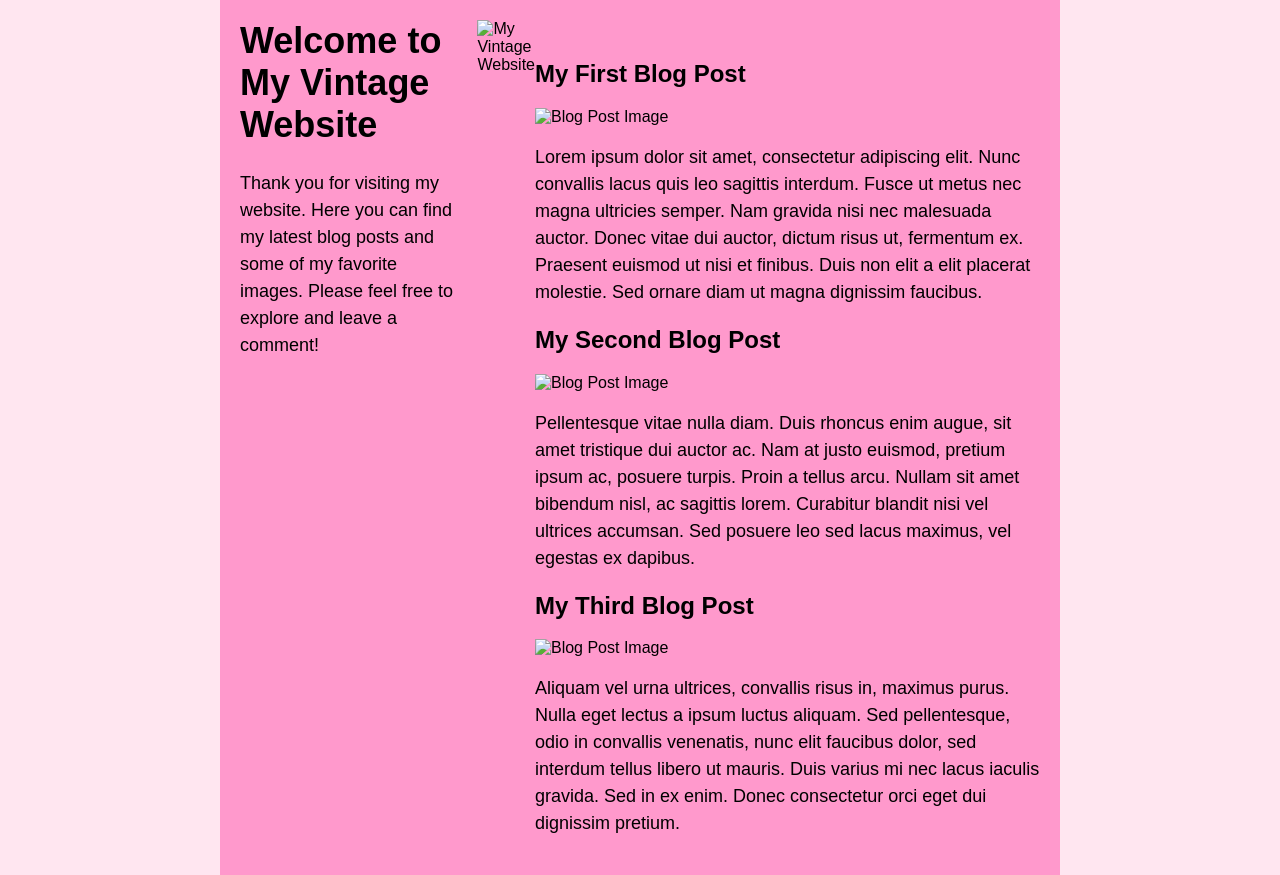
Repository: RennarDeer/RenDev
Page: index.html
These files come from the project's save history. The page is drawn as it stood at one moment and after the next save; the edit follows.
The browser window is 1280 px wide. The pictures show the whole page.

Above is the page before, as saved 2023-02-14 19:42:57.
Not found: placeholder-image.jpg

### index.html
<!DOCTYPE html>
<html>
<head>
	<title>My Vintage Website</title>
	<link rel="stylesheet" type="text/css" href="style.css">
</head>
<body>
	<div id="container">
		<div id="intro">
			<h1>Welcome to My Vintage Website</h1>
			<p>Thank you for visiting my website. Here you can find my latest blog posts and some of my favorite images. Please feel free to explore and leave a comment!</p>
		</div>
		<img src="placeholder-image.jpg" alt="My Vintage Website" class="logo">
		<div id="content">
			<div class="blog-post">
				<h2>My First Blog Post</h2>
				<img src="placeholder-image.jpg" alt="Blog Post Image">
				<p>Lorem ipsum dolor sit amet, consectetur adipiscing elit. Nunc convallis lacus quis leo sagittis interdum. Fusce ut metus nec magna ultricies semper. Nam gravida nisi nec malesuada auctor. Donec vitae dui auctor, dictum risus ut, fermentum ex. Praesent euismod ut nisi et finibus. Duis non elit a elit placerat molestie. Sed ornare diam ut magna dignissim faucibus.</p>
			</div>
			<div class="blog-post">
				<h2>My Second Blog Post</h2>
				<img src="placeholder-image.jpg" alt="Blog Post Image">
				<p>Pellentesque vitae nulla diam. Duis rhoncus enim augue, sit amet tristique dui auctor ac. Nam at justo euismod, pretium ipsum ac, posuere turpis. Proin a tellus arcu. Nullam sit amet bibendum nisl, ac sagittis lorem. Curabitur blandit nisi vel ultrices accumsan. Sed posuere leo sed lacus maximus, vel egestas ex dapibus.</p>
			</div>
			<div class="blog-post">
				<h2>My Third Blog Post</h2>
				<img src="placeholder-image.jpg" alt="Blog Post Image">
				<p>Aliquam vel urna ultrices, convallis risus in, maximus purus. Nulla eget lectus a ipsum luctus aliquam. Sed pellentesque, odio in convallis venenatis, nunc elit faucibus dolor, sed interdum tellus libero ut mauris. Duis varius mi nec lacus iaculis gravida. Sed in ex enim. Donec consectetur orci eget dui dignissim pretium. </p>
			</div>
		</div>
	</div>
</body>
</html>

### style.css
body {
	background-color: #ffe6f0;
	font-family: Arial, sans-serif;
	margin: 0;
	padding: 0;
	color: #000000;
}

#container {
	margin: 0 auto;
	max-width: 800px;
	padding: 20px;
	background-color: #ff99cc;
	display: flex;
}

#intro {
	margin-right: 20px;
}

h1 {
	font-size: 36px;
	color: #000000;
	margin-top: 0;
}

p {
	font-size: 18px;
	line-height: 1.5;
}

.logo {
	width: 150px;
	height: auto;
}

#content {
	margin-top: 20px;
}

After the next save:
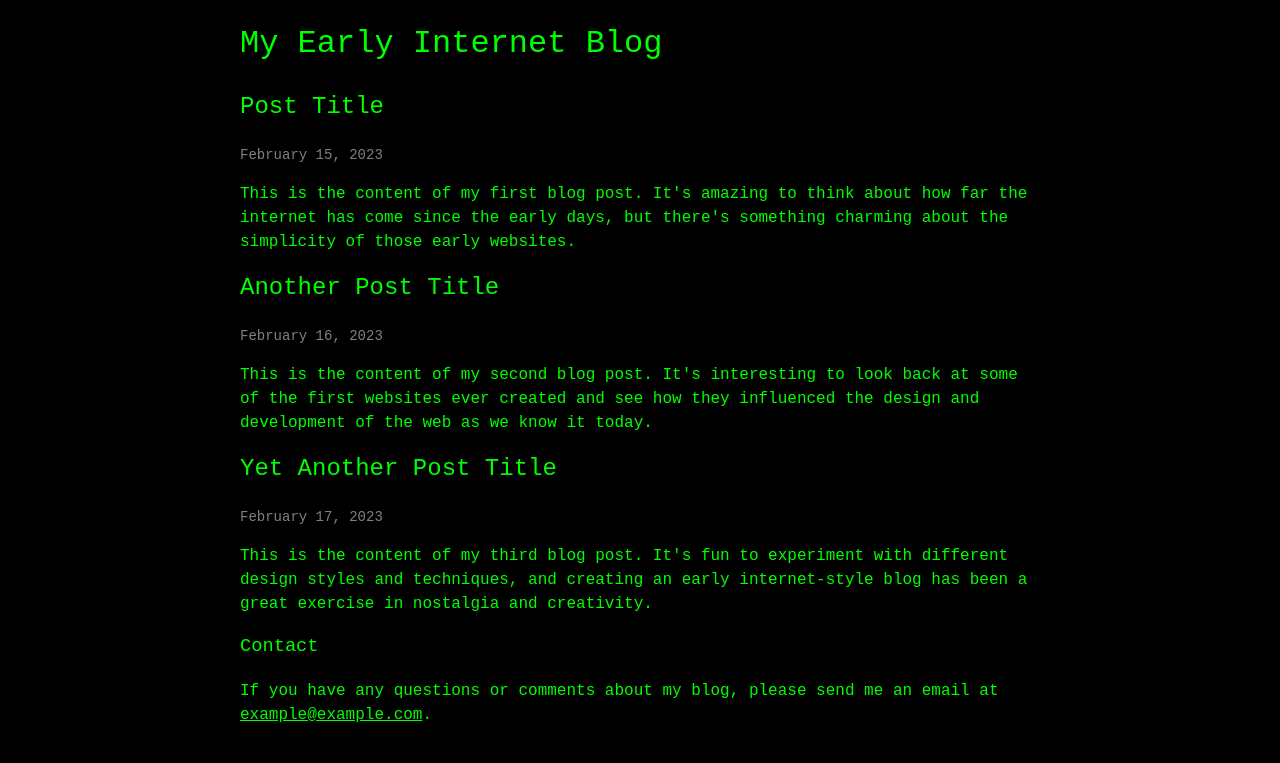
Saved 8 min 50 s later.
--- a/index.html
+++ b/index.html
@@ -1,33 +1,58 @@
 <!DOCTYPE html>
 <html>
 <head>
-	<title>My Vintage Website</title>
-	<link rel="stylesheet" type="text/css" href="style.css">
+	<title>My Early Internet Blog</title>
+	<style>
+		body {
+			background-color: black;
+			color: #00FF00;
+			font-family: monospace;
+			font-size: 16px;
+			line-height: 1.5;
+			margin: 0;
+			padding: 0;
+		}
+		.container {
+			margin: 0 auto;
+			max-width: 800px;
+			padding: 20px;
+		}
+		h1, h2, h3, h4, h5, h6 {
+			color: #00FF00;
+			font-weight: normal;
+			margin-top: 0;
+		}
+		a {
+			color: #00FF00;
+			text-decoration: underline;
+		}
+		.date {
+			color: gray;
+			font-size: 14px;
+			margin-bottom: 10px;
+		}
+	</style>
 </head>
 <body>
-	<div id="container">
-		<div id="intro">
-			<h1>Welcome to My Vintage Website</h1>
-			<p>Thank you for visiting my website. Here you can find my latest blog posts and some of my favorite images. Please feel free to explore and leave a comment!</p>
+	<div class="container">
+		<h1>My Early Internet Blog</h1>
+		<div class="post">
+			<h2>Post Title</h2>
+			<p class="date">February 15, 2023</p>
+			<p>This is the content of my first blog post. It's amazing to think about how far the internet has come since the early days, but there's something charming about the simplicity of those early websites.</p>
 		</div>
-		<img src="placeholder-image.jpg" alt="My Vintage Website" class="logo">
-		<div id="content">
-			<div class="blog-post">
-				<h2>My First Blog Post</h2>
-				<img src="placeholder-image.jpg" alt="Blog Post Image">
-				<p>Lorem ipsum dolor sit amet, consectetur adipiscing elit. Nunc convallis lacus quis leo sagittis interdum. Fusce ut metus nec magna ultricies semper. Nam gravida nisi nec malesuada auctor. Donec vitae dui auctor, dictum risus ut, fermentum ex. Praesent euismod ut nisi et finibus. Duis non elit a elit placerat molestie. Sed ornare diam ut magna dignissim faucibus.</p>
-			</div>
-			<div class="blog-post">
-				<h2>My Second Blog Post</h2>
-				<img src="placeholder-image.jpg" alt="Blog Post Image">
-				<p>Pellentesque vitae nulla diam. Duis rhoncus enim augue, sit amet tristique dui auctor ac. Nam at justo euismod, pretium ipsum ac, posuere turpis. Proin a tellus arcu. Nullam sit amet bibendum nisl, ac sagittis lorem. Curabitur blandit nisi vel ultrices accumsan. Sed posuere leo sed lacus maximus, vel egestas ex dapibus.</p>
-			</div>
-			<div class="blog-post">
-				<h2>My Third Blog Post</h2>
-				<img src="placeholder-image.jpg" alt="Blog Post Image">
-				<p>Aliquam vel urna ultrices, convallis risus in, maximus purus. Nulla eget lectus a ipsum luctus aliquam. Sed pellentesque, odio in convallis venenatis, nunc elit faucibus dolor, sed interdum tellus libero ut mauris. Duis varius mi nec lacus iaculis gravida. Sed in ex enim. Donec consectetur orci eget dui dignissim pretium. </p>
-			</div>
+		<div class="post">
+			<h2>Another Post Title</h2>
+			<p class="date">February 16, 2023</p>
+			<p>This is the content of my second blog post. It's interesting to look back at some of the first websites ever created and see how they influenced the design and development of the web as we know it today.</p>
 		</div>
+		<div class="post">
+			<h2>Yet Another Post Title</h2>
+			<p class="date">February 17, 2023</p>
+			<p>This is the content of my third blog post. It's fun to experiment with different design styles and techniques, and creating an early internet-style blog has been a great exercise in nostalgia and creativity.</p>
+		</div>
+		<h3>Contact</h3>
+		<p>If you have any questions or comments about my blog, please send me an email at <a href="mailto:example@example.com">example@example.com</a>.</p>
 	</div>
 </body>
 </html>
